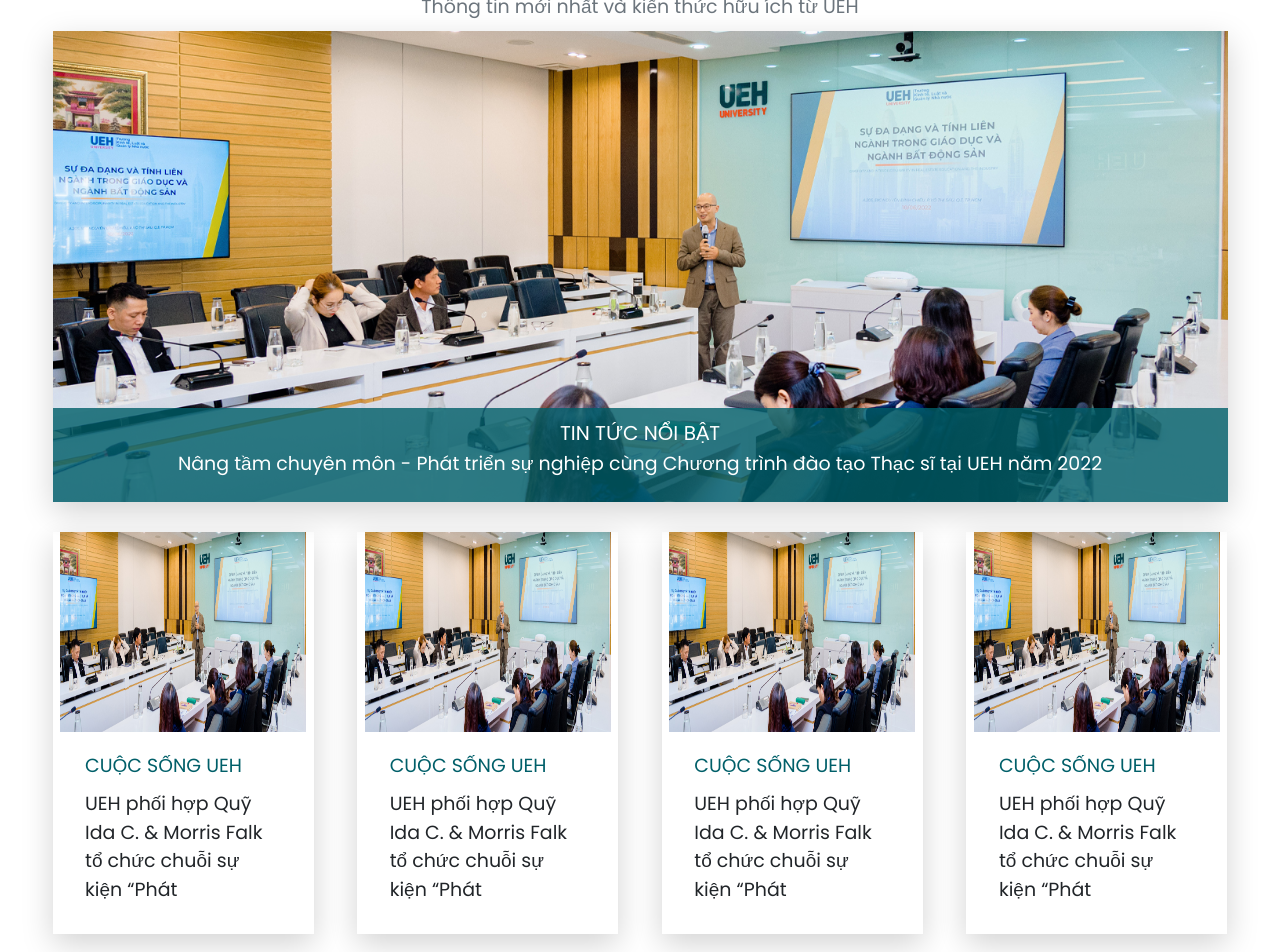
Repository: Jackietruong2805/frontends
Page: html css/ueh/index.html
An editor plug-in stored every save of this project. The page is shown before and after the next save, followed by the edit.
The browser window is 1280 px wide. The page is 1288 px wide, so the pictures cover 1288 px, including what lies to the right of the window. The pictures show the part of the page from y = 768 to 1720 px (the page is 1720 px tall).
Some web libraries are served in a nearby version.

Above is the page before, as saved 2022-06-20 09:49:19.

After the next save:
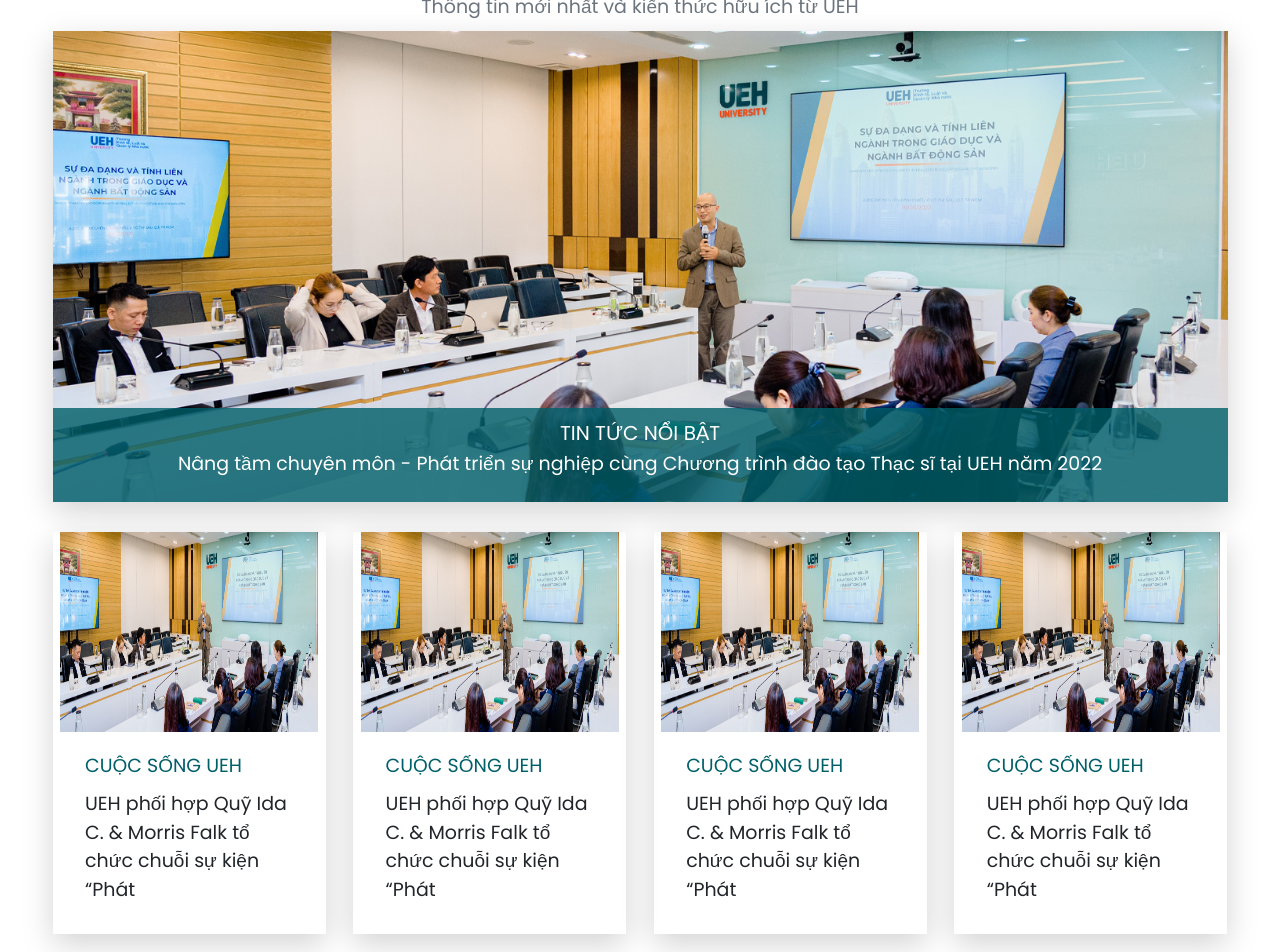
Saved 8 s later.
--- a/html css/ueh/css/index.css
+++ b/html css/ueh/css/index.css
@@ -212,5 +212,5 @@
 }
 
 .news .news__item {
-    width: calc(100%/4.5);
-}
+    width: calc(100%/4.3);
+}
